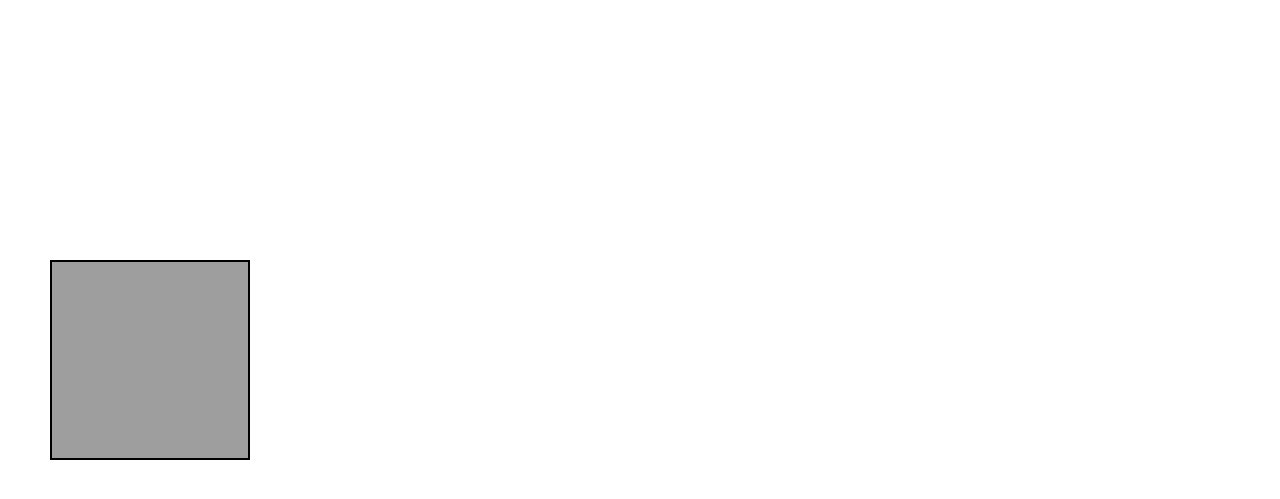
Repository: ahsankalim09/light-Agency
Page: services.html
The author's editor kept a copy of each file at every save. The page is drawn from the files as they stood at one save, then again after the next save.
The browser window is 1280 px wide. The pictures show the whole page.
Pictures or frames that could not be fetched are drawn as grey boxes.

Above is the page before, as saved 2020-10-11 19:35:55.

After the next save:
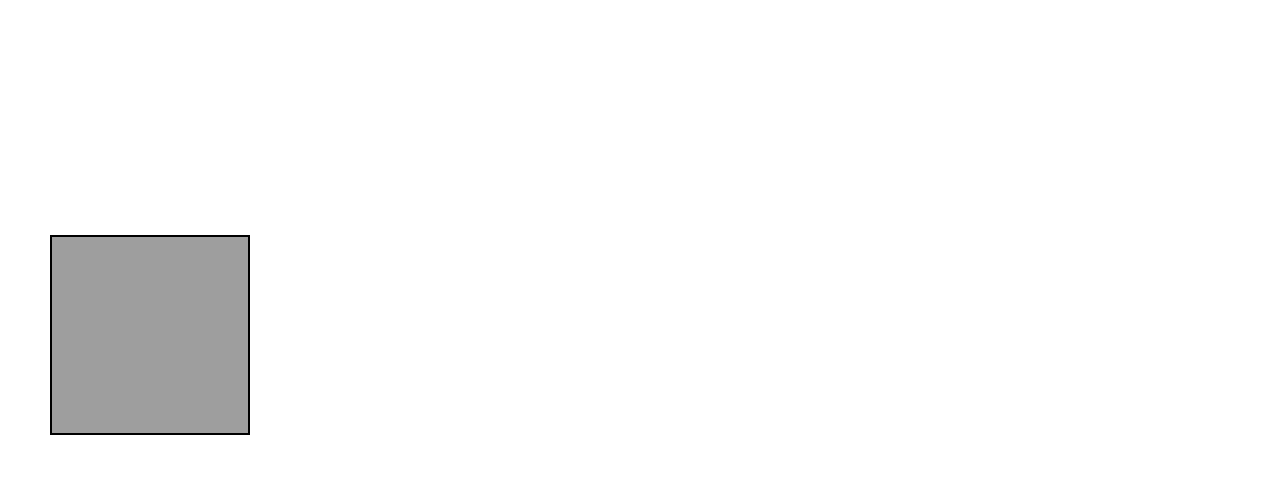
Saved 16 s later.
--- a/services.html
+++ b/services.html
@@ -25,8 +25,8 @@
       }
 
       a{
-        width: 200px;
-        height: 200px;
+        width: 250px;
+        height: 250px;
       }
       /* img {
         width: 200px;
